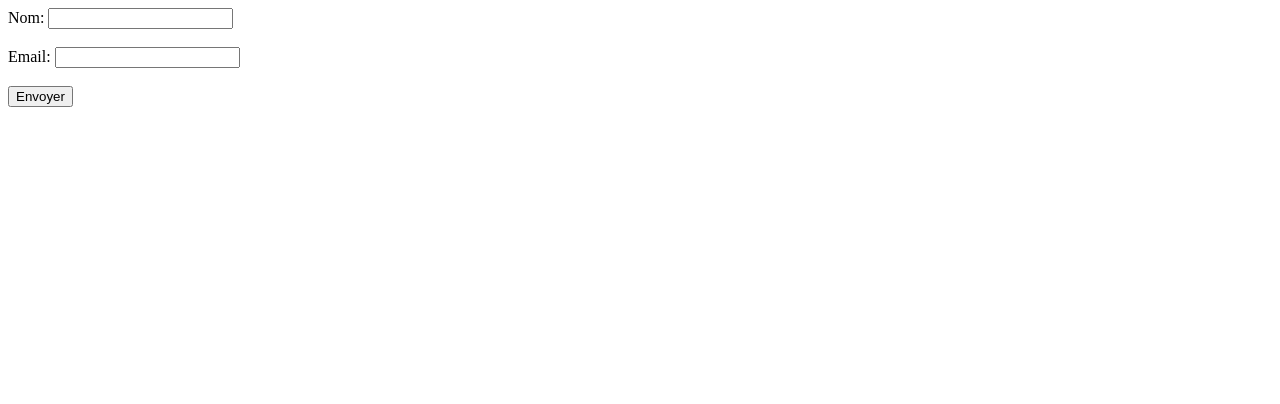
Repository: ciIHeB/anterlab-laravel-test
Page: http://localhost/form
These files come from the project's save history. The page is drawn as it stood at one moment and after the next save; the edit follows.
The browser window is 1280 px wide. The pictures show the whole page.
The page is served by the project's Laravel application, run on PHP 8.4 with Laravel 10. Other server files are loaded and not shown.

Above is the page before, as saved 2025-06-25 10:36:11.

### routes/web.php
<?php

use Illuminate\Support\Facades\Route;
use App\Http\Controllers\PostController;
use App\Http\Controllers\FormController;
use App\Http\Controllers\UserTaskController;

/*
|--------------------------------------------------------------------------
| Web Routes
|--------------------------------------------------------------------------
*/

Route::get('/', function () {
    return view('welcome');
});

// Posts CRUD except 'show' (optional, if you don't want 'show' route)
Route::resource('posts', PostController::class)->except(['show']);

// If you need the 'show' route, add it explicitly (optional)
// Route::get('/posts/{post}', [PostController::class, 'show'])->name('posts.show');

// Soft Delete routes (overrides destroy)
Route::delete('/posts/{post}', [PostController::class, 'destroy'])->name('posts.destroy');
Route::get('/posts/trashed', [PostController::class, 'trashed'])->name('posts.trashed');
Route::patch('/posts/{post}/restore', [PostController::class, 'restore'])->name('posts.restore');

// Form Validation Task
Route::get('/form', [FormController::class, 'showForm'])->name('form.show');
Route::post('/form', [FormController::class, 'submitForm'])->name('form.submit');

// User Tasks Relationship
Route::get('/user/{id}/tasks', [UserTaskController::class, 'showTasks'])->name('user.tasks');

// AJAX Form Submission for posts
Route::post('/ajax-post', [PostController::class, 'ajaxStore'])->name('ajax.post');
Route::view('/ajax-form', 'posts.ajax-form')->name('posts.ajaxForm');

### app/Http/Controllers/FormController.php
<?php

namespace App\Http\Controllers;

use Illuminate\Http\Request;

class FormController extends Controller
{
    public function showForm()
    {
        return view('form');
    }

    public function submitForm(Request $request)
    {
        $validated = $request->validate([
            'name' => 'required|string|max:255',
            'email' => 'required|email|max:255',
        ]);

        return back()->with('success', 'Form submitted successfully!');
    }
}

### resources/views/form.blade.php
<!DOCTYPE html>
<html>
<head>
    <title>Formulaire</title>
</head>
<body>
    @if ($errors->any())
        <div style="color:red;">
            <ul>
                @foreach ($errors->all() as $error)
                    <li>{{ $error }}</li>
                @endforeach
            </ul>
        </div>
    @endif

    @if(session('success'))
        <div style="color:green;">
            {{ session('success') }}
        </div>
    @endif

    <form action="/submit" method="POST">
        @csrf
        <label>Nom:</label>
        <input type="text" name="name" value="{{ old('name') }}"><br><br>

        <label>Email:</label>
        <input type="email" name="email" value="{{ old('email') }}"><br><br>

        <button type="submit">Envoyer</button>
    </form>
</body>
</html>

Loaded but not shown: app/Http/Controllers/Controller.php (common file)

After the next save:
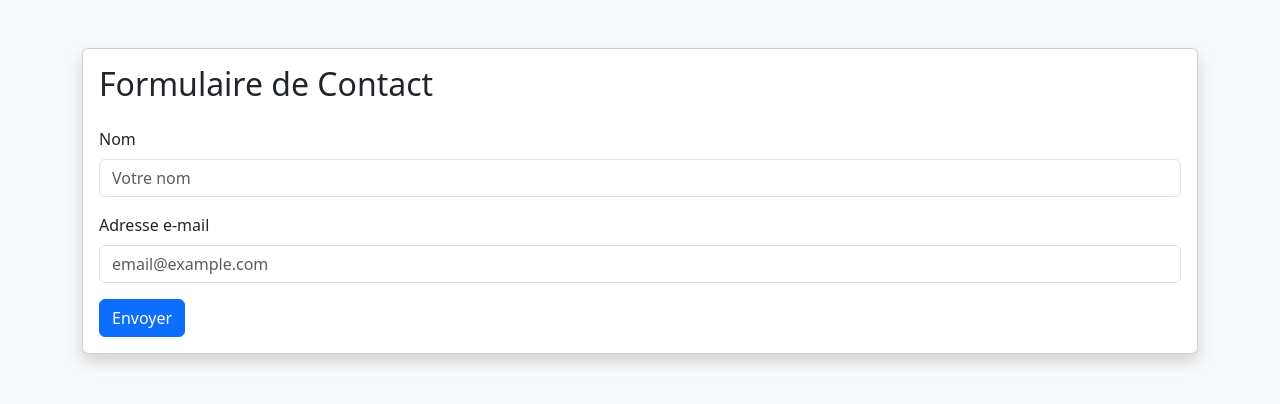
Saved 14 min 45 s later.
--- a/resources/views/form.blade.php
+++ b/resources/views/form.blade.php
@@ -1,34 +1,54 @@
 <!DOCTYPE html>
-<html>
+<html lang="fr">
 <head>
+    <meta charset="UTF-8">
     <title>Formulaire</title>
+    <link href="https://cdn.jsdelivr.net/npm/bootstrap@5.3.3/dist/css/bootstrap.min.css" rel="stylesheet">
 </head>
-<body>
-    @if ($errors->any())
-        <div style="color:red;">
-            <ul>
-                @foreach ($errors->all() as $error)
-                    <li>{{ $error }}</li>
-                @endforeach
-            </ul>
+<body class="bg-light">
+
+<div class="container mt-5">
+    <div class="card shadow rounded">
+        <div class="card-body">
+            <h2 class="card-title mb-4">Formulaire de Contact</h2>
+
+            {{-- Display Validation Errors --}}
+            @if ($errors->any())
+                <div class="alert alert-danger">
+                    <ul class="mb-0">
+                        @foreach ($errors->all() as $error)
+                            <li>{{ $error }}</li>
+                        @endforeach
+                    </ul>
+                </div>
+            @endif
+
+            {{-- Success Message --}}
+            @if(session('success'))
+                <div class="alert alert-success">
+                    {{ session('success') }}
+                </div>
+            @endif
+
+            {{-- Form --}}
+            <form action="/submit" method="POST">
+                @csrf
+
+                <div class="mb-3">
+                    <label for="name" class="form-label">Nom</label>
+                    <input type="text" class="form-control" id="name" name="name" value="{{ old('name') }}" placeholder="Votre nom">
+                </div>
+
+                <div class="mb-3">
+                    <label for="email" class="form-label">Adresse e-mail</label>
+                    <input type="email" class="form-control" id="email" name="email" value="{{ old('email') }}" placeholder="email@example.com">
+                </div>
+
+                <button type="submit" class="btn btn-primary">Envoyer</button>
+            </form>
         </div>
-    @endif
+    </div>
+</div>
 
-    @if(session('success'))
-        <div style="color:green;">
-            {{ session('success') }}
-        </div>
-    @endif
-
-    <form action="/submit" method="POST">
-        @csrf
-        <label>Nom:</label>
-        <input type="text" name="name" value="{{ old('name') }}"><br><br>
-
-        <label>Email:</label>
-        <input type="email" name="email" value="{{ old('email') }}"><br><br>
-
-        <button type="submit">Envoyer</button>
-    </form>
 </body>
 </html>
